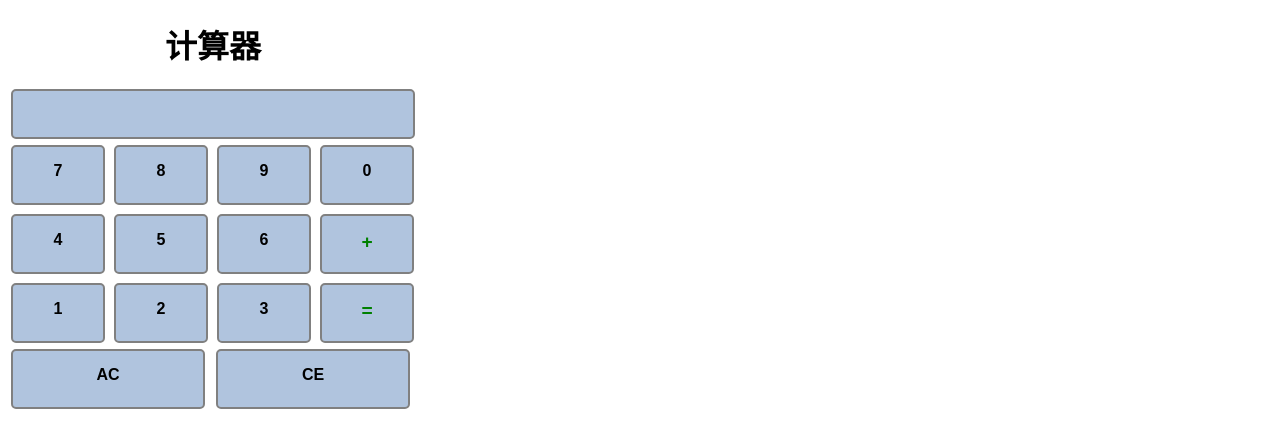
Repository: fzw1202/web-calculator
Page: index.html
These files come from the project's save history. The page is drawn as it stood at one moment and after a run of saves; the edit follows.
The browser window is 1280 px wide. The pictures show the whole page.

Above is the page before, as saved 2023-03-24 14:39:37.

After the next 2 saves:
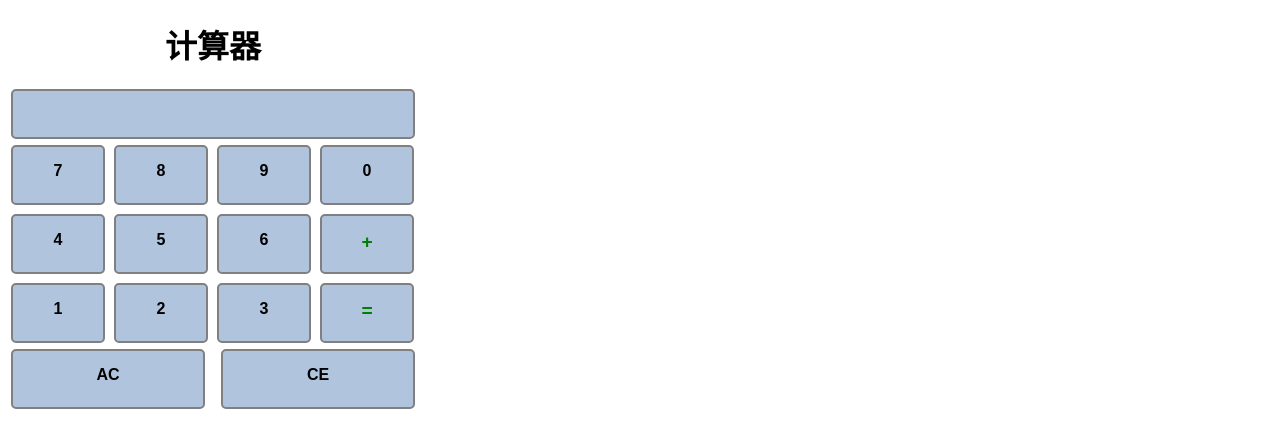
The 2 saves are shown as one change because they came seconds apart.
The last was saved 17 s later.
--- a/css/style.css
+++ b/css/style.css
@@ -54,7 +54,7 @@ body {
 .function{
     display: grid;
     grid-template-columns: 200px 200px;
-    gap: 5px;
+    gap: 10px;
 }
 
 .function > div {
